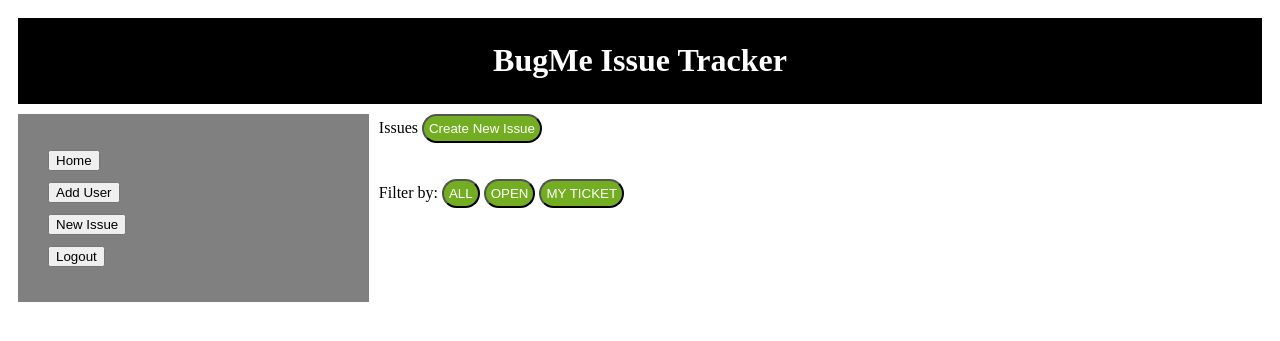
Repository: ranaldo89/info-2180-final-project
Page: index.html
The author's editor kept a record of every edit. The page is drawn from the files as they stood at one moment, then again after the next edit.
The browser window is 1280 px wide. The pictures show the whole page.

Above is the page before.

After the next edit:
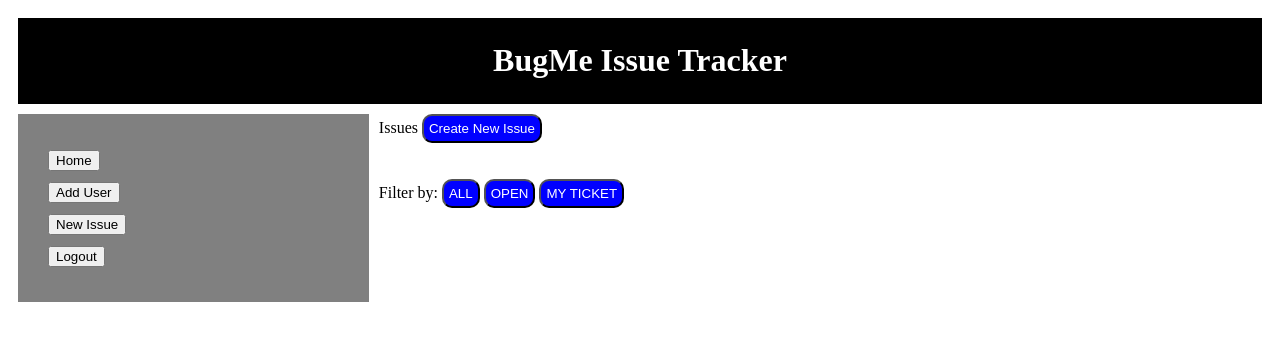
The edit:
--- a/style.css
+++ b/style.css
@@ -70,8 +70,8 @@
 }
 
 input[type="submit"]{
-  border-radius: 25px;
-  background: #73AD21;
+  border-radius: 10px;
+  background: blue;
   padding: 5px;
   color: white;
 }
